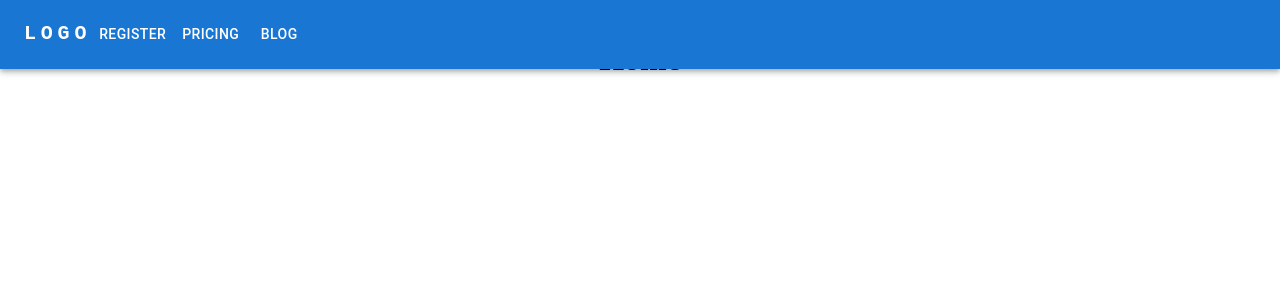
Repository: GabrielLeao02/sistema-react
Page: /
The author's editor kept a copy of each file at every save. The page is drawn from the files as they stood at one save, then again after the next save.
The browser window is 1280 px wide. The pictures show the whole page.
The project was rebuilt for these pictures with package versions that can differ from the ones it lists, and the page was loaded fresh each time. Also part of the build but not shown: src/presenter/form/formUser.tsx, src/presenter/form/formLogin.tsx, src/presenter/register/register.tsx.

Above is the page before, as saved 2023-07-24 15:46:32.

After the next save:
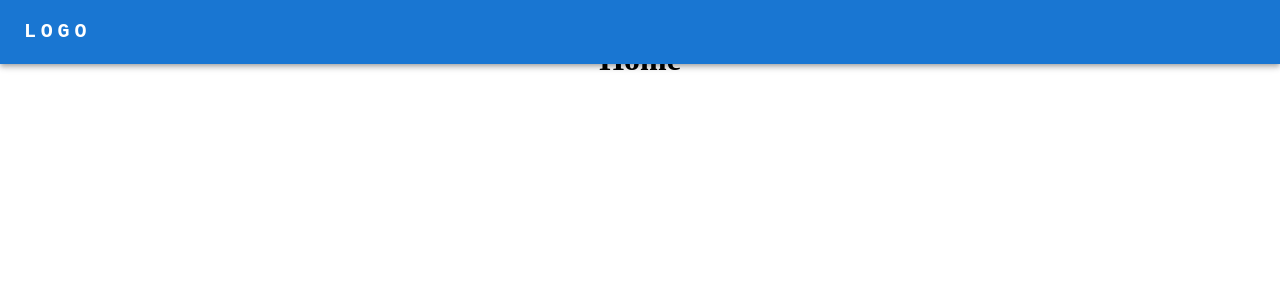
Saved 11 s later.
--- a/src/presenter/navBar/navBar.tsx
+++ b/src/presenter/navBar/navBar.tsx
@@ -67,7 +67,7 @@ const NavBar: React.VFC = () => {
                             LOGO
                         </Typography>
 
-                        <Box sx={{ flexGrow: 1, display: { xs: 'flex', md: 'none' } }}>
+                        {/* <Box sx={{ flexGrow: 1, display: { xs: 'flex', md: 'none' } }}>
                             <IconButton
                                 size="large"
                                 aria-label="account of current user"
@@ -114,7 +114,7 @@ const NavBar: React.VFC = () => {
                                     {page}
                                 </Button>
                             ))}
-                        </Box>
+                        </Box> */}
 
                         {/* <Box sx={{ flexGrow: 0 }}>
                             <Tooltip title="Open settings">
